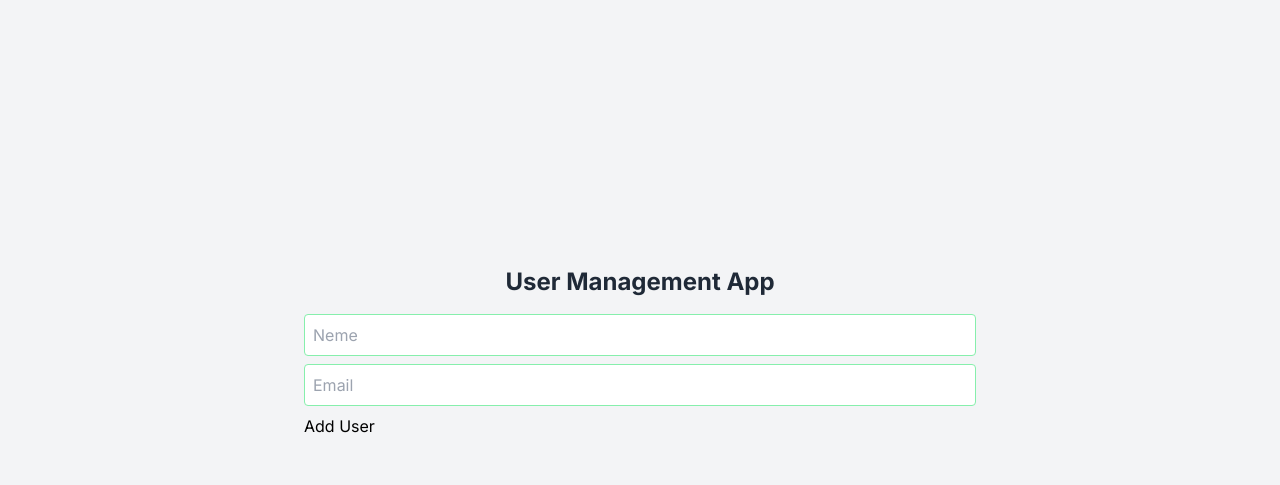
Repository: satoshi-create/next-express
Page: / (app in frontend/)
The author's editor kept a copy of each file at every save. The page is drawn from the files as they stood at one save, then again after a run of saves.
The browser window is 1280 px wide. The pictures show the whole page.
The page's requests for data from a server got no answer. The project was rebuilt for these pictures with package versions that can differ from the ones it lists, and the page was loaded fresh each time. The framework's server and built-in components were replaced by stand-ins that run in the browser. No one was signed in, and anything a server would have sent is missing. Also part of the build but not shown: frontend/next.config.js, frontend/next.config.mjs, frontend/app/ui/CardComponent.tsx.

Above is the page before, as saved 2024-02-12 23:23:35.

After the next 4 saves:
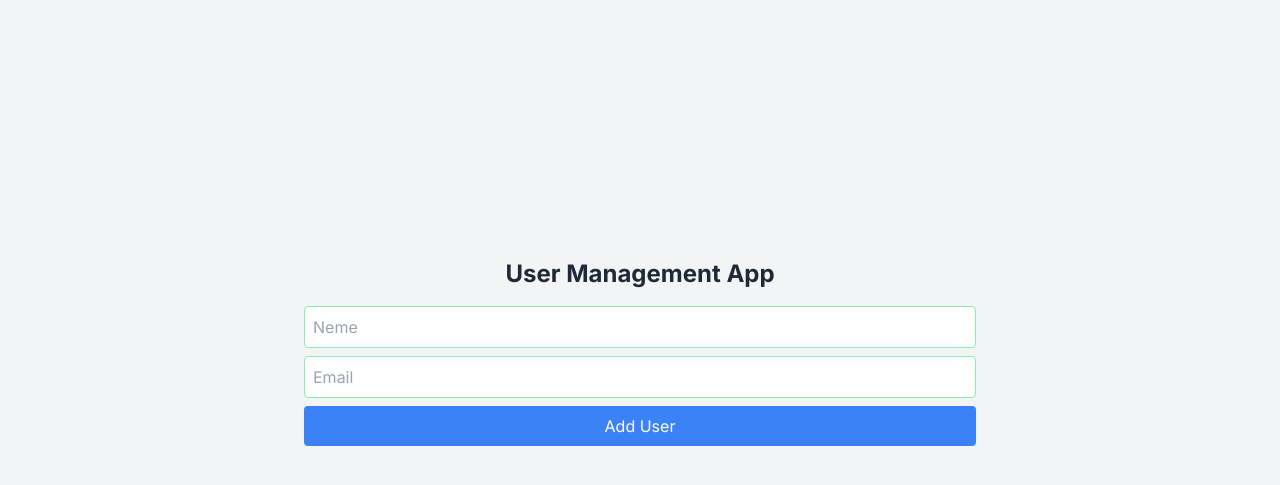
The 4 saves are shown as one change because they came seconds apart.
The last was saved 24 s later.
--- a/frontend/app/page.tsx
+++ b/frontend/app/page.tsx
@@ -93,7 +93,12 @@ const Page = () => {
             onChange={(e) => setNewUser({ ...newUser, email: e.target.value })}
             className="mb-2 w-full p-2 border border-green-300 rounded"
           />
-          <button type="submit" className="">Add User</button>
+          <button
+            type="submit"
+            className="w-full p-2 text-white bg-blue-500 rounded"
+          >
+            Add User
+          </button>
         </form>
         {/* Display users */}
         <div className="space-y-2">
